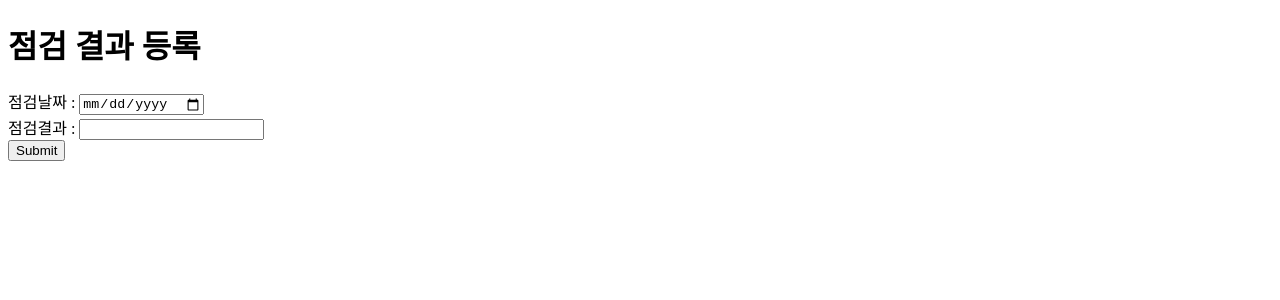
Repository: Awseok/InterDBTermProject
Page: FoodManager/WebContent/Inspection_modify.html
The author's editor kept a copy of each file at every save. The page is drawn from the files as they stood at one save, then again after the next save.
The browser window is 1280 px wide. The pictures show the whole page.

Above is the page before, as saved 2020-06-29 07:05:06.

After the next save:
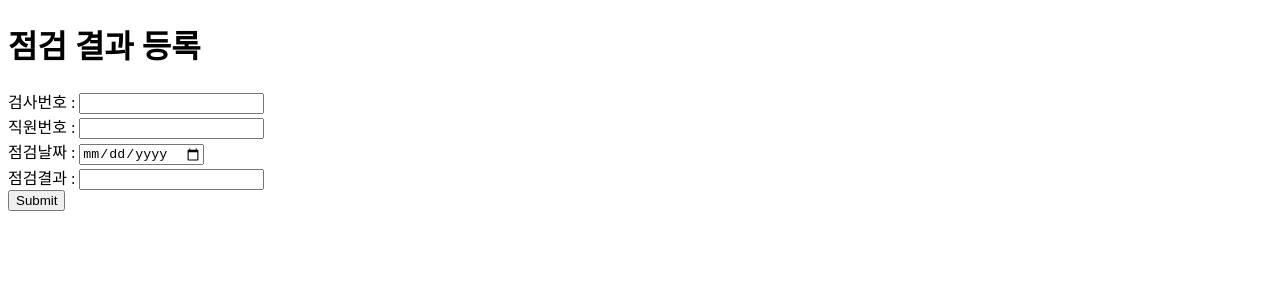
Saved 52 s later.
--- a/FoodManager/WebContent/Inspection_modify.html
+++ b/FoodManager/WebContent/Inspection_modify.html
@@ -9,6 +9,8 @@
 
 <form action="http://localhost:8080/FoodManagerr/InspectionController">
 
+검사번호 : <input type="number" name="ino"> <br />
+직원번호 : <input type="number" name="eno"> <br />
 점검날짜 : <input type="date" name="date"> <br />
 점검결과 : <input type="text" name="result"> <br />
 <input type="submit">
